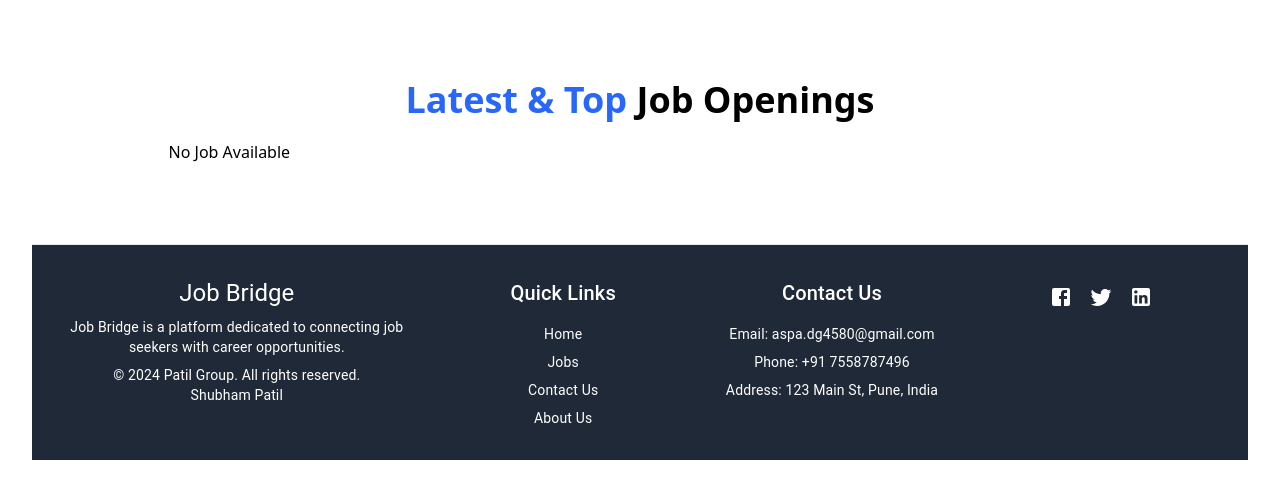
Repository: abp197/Job_bridge
Page: / (app in Frontend/)
The author's editor kept a copy of each file at every save. The page is drawn from the files as they stood at one save, then again after a run of saves.
The browser window is 1280 px wide. The pictures show the part of the page from y = 804 to 1344 px (the page is 1296 px tall before and 1344 px after).
The page's requests for data from a server got no answer. The project was rebuilt for these pictures with package versions that can differ from the ones it lists, and the page was loaded fresh each time. No one was signed in, and anything a server would have sent is missing. Also part of the build but not shown: Frontend/vite.config.js, Frontend/src/components/auth/Signup.jsx, Frontend/src/components/LatestJobCards.jsx, Frontend/src/components/auth/Login.jsx, Frontend/src/components/Job.jsx, Frontend/src/components/JobDescription.jsx, Frontend/src/components/AppliedJobTable.jsx, Frontend/src/components/UpdateProfileDialog.jsx and 17 more. Imported but missing from the stored project, and not drawn on this page: Frontend/src/hooks/useGetAppliedJobs.

Above is the page before, as saved 2024-12-22 19:51:02.

After the next 2 saves:
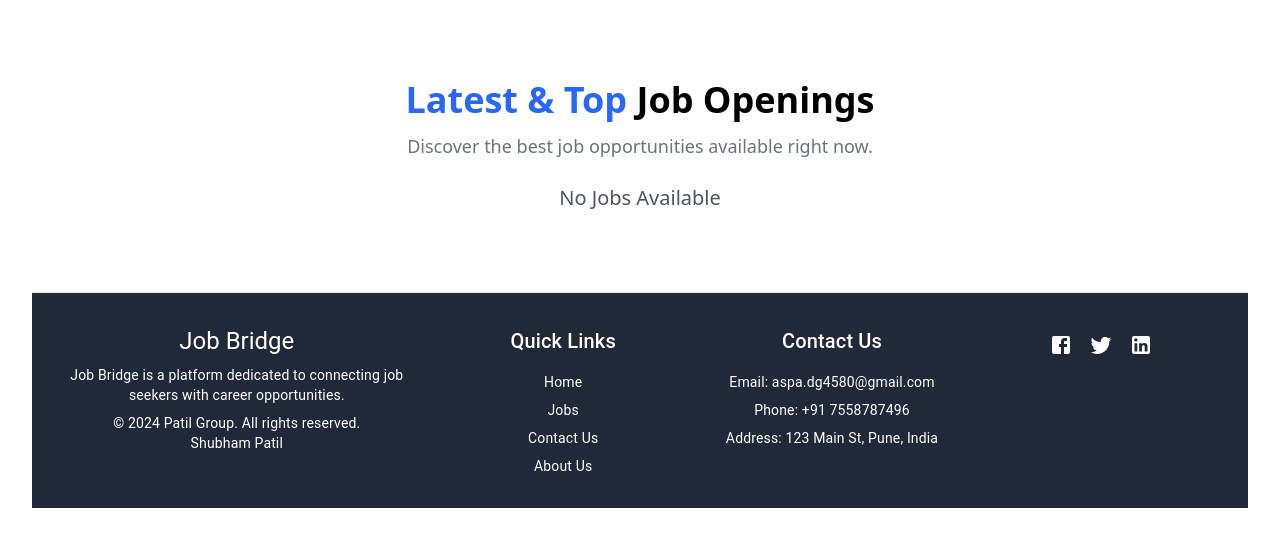
The 2 saves are shown as one change because they came seconds apart.
The last was saved 57 s later.
--- a/Frontend/src/components/LatestJobs.jsx
+++ b/Frontend/src/components/LatestJobs.jsx
@@ -1,23 +1,34 @@
 /* eslint-disable no-unused-vars */
-import React from 'react'
+import React from 'react';
 import LatestJobCards from './LatestJobCards';
 import { useSelector } from 'react-redux';
 
-// const randomJobs = [1, 2, 3, 4, 5, 6, 7, 8];
-
 const LatestJobs = () => {
-    const {allJobs} = useSelector(store=>store.job);
+    const { allJobs } = useSelector(store => store.job);
 
     return (
-        <div className='max-w-7xl mx-auto my-20'>
-            <h1 className='text-4xl font-bold'><span className='text-[rgb(40,103,250)]'>Latest & Top </span> Job Openings</h1>
-            <div className='grid grid-cols-3 gap-4 my-5'>
+        <div className='max-w-7xl mx-auto my-20 px-4'>
+            <h1 className='text-4xl font-semibold text-center'>
+                <span className='text-[rgb(40,103,250)]'>Latest & Top </span> Job Openings
+            </h1>
+            <p className='text-center text-lg mt-3 text-gray-500'>
+                Discover the best job opportunities available right now.
+            </p>
+            <div className='grid grid-cols-1 sm:grid-cols-2 lg:grid-cols-3 gap-6 mt-6'>
                 {
-                    allJobs.length <= 0 ? <span>No Job Available</span> : allJobs?.slice(0,6).map((job) => <LatestJobCards key={job._id} job={job}/>)
+                    allJobs.length <= 0 ? (
+                        <div className="col-span-full text-center text-xl text-gray-600">
+                            No Jobs Available
+                        </div>
+                    ) : (
+                        allJobs?.slice(0, 6).map((job) => (
+                            <LatestJobCards key={job._id} job={job} />
+                        ))
+                    )
                 }
             </div>
         </div>
-    )
+    );
 }
 
-export default LatestJobs
+export default LatestJobs;
